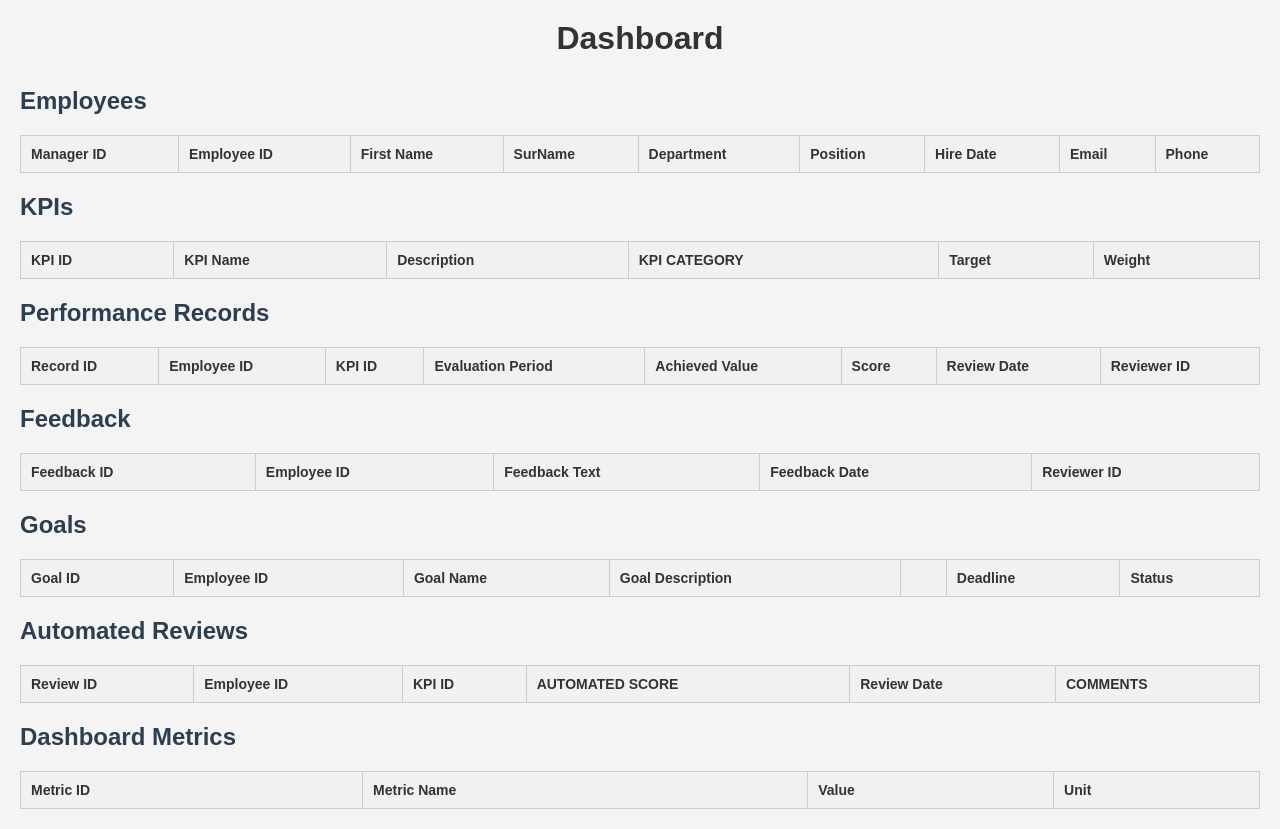
Repository: Wuda2000/Mongodb
Page: http://localhost/dashboard
An editor plug-in stored every save of this project. The page is shown before and after the next save, followed by the edit.
The browser window is 1280 px wide. The pictures show the whole page.
The page is served by the project's application, run on Flask 3 (app.py). Queries for data that is not in the repository find no rows.

Above is the page before, as saved 2024-11-11 18:48:58.

After the next save:
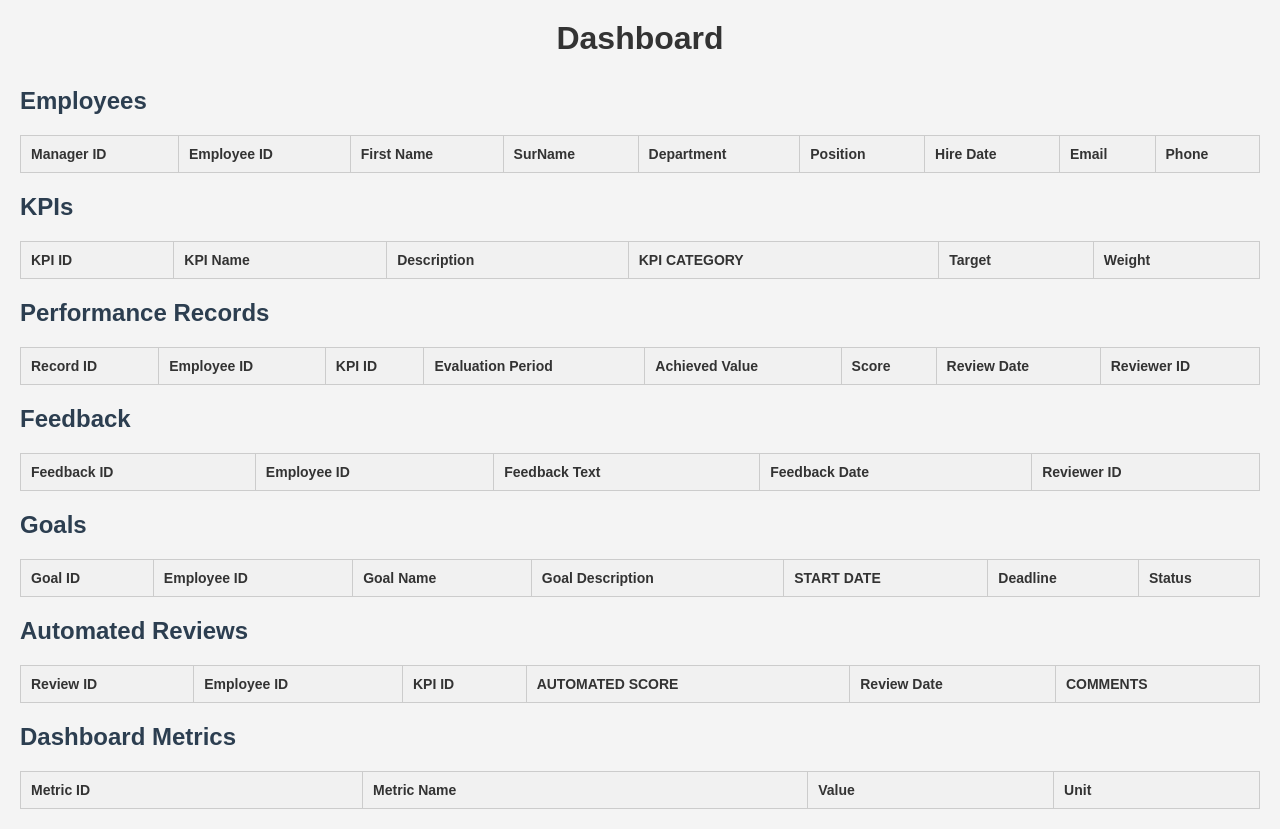
Saved 7 s later.
--- a/templates/dashboard.html
+++ b/templates/dashboard.html
@@ -134,7 +134,7 @@
                 <th>Employee ID</th>
                 <th>Goal Name</th>
                 <th>Goal Description</th>
-                <th></th>
+                <th>START DATE</th>
                 <th>Deadline</th>
                 <th>Status</th>
             </tr>
